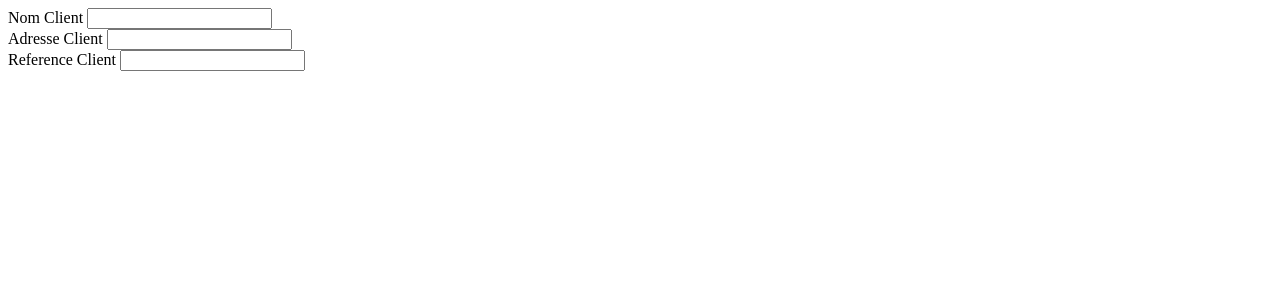
Repository: Elie-Dey/airblio
Page: test.html
An editor plug-in stored every save of this project. The page is shown before and after the next save, followed by the edit.
The browser window is 1280 px wide. The pictures show the whole page.

Above is the page before, as saved 2022-03-26 01:39:48.

### test.html
<!DOCTYPE html>
<html lang="en">
  <head>
    <meta charset="UTF-8" />
    <meta http-equiv="X-UA-Compatible" content="IE=edge" />
    <meta name="viewport" content="width=device-width, initial-scale=1.0" />
    <title>Document</title>
  </head>
  <body>
    <form action="" method="post">
      <label for="nom">Nom Client </label>
      <input type="text" name="nom" id="" /> <br />
      <label for="Adresse">Adresse Client</label>
      <input type="text" name="adresse" id="" /> <br />
      <label for="reference">Reference Client</label>
      <input type="text" name="reference" id="" />
    </form>
  </body>
</html>

After the next save:
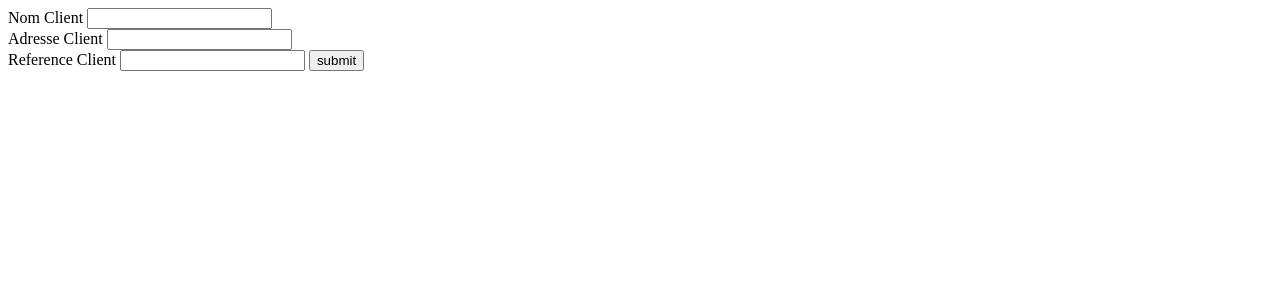
Saved 20 s later.
--- a/test.html
+++ b/test.html
@@ -14,6 +14,7 @@
       <input type="text" name="adresse" id="" /> <br />
       <label for="reference">Reference Client</label>
       <input type="text" name="reference" id="" />
+      <input type="button" value="submit" />
     </form>
   </body>
 </html>
